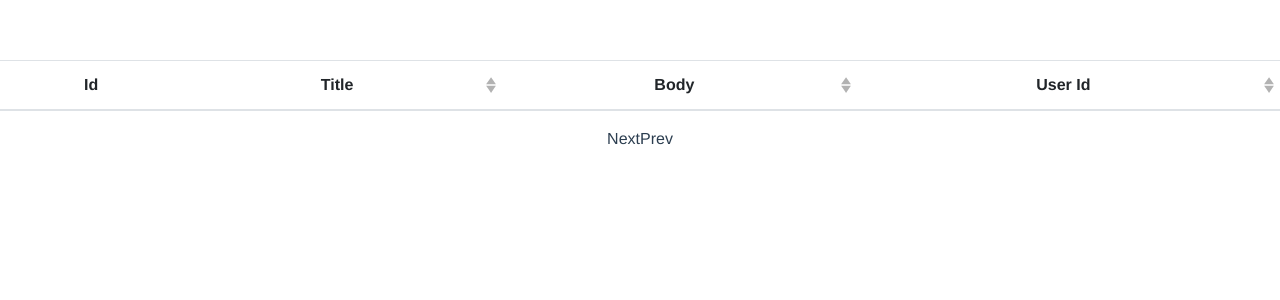
Repository: rupeshpawar93/vue-profile
Page: /
The author's editor kept a copy of each file at every save. The page is drawn from the files as they stood at one save, then again after the next save.
The browser window is 1280 px wide. The pictures show the whole page.
The page's requests for data from a server got no answer. The project was rebuilt for these pictures with package versions that can differ from the ones it lists, and the page was loaded fresh each time. No one was signed in, and anything a server would have sent is missing. Also part of the build but not shown: webpack.config.js, src/components/Portfolio_detail.vue.

Above is the page before, as saved 2019-11-01 11:22:31.

### index.html
<!DOCTYPE html>
<html lang="en">
  <head>
    <meta charset="utf-8">
    <title>Portfolio Manager</title>
  </head>
  <body>
    <div id="app"></div>
    <script src="/dist/build.js"></script>
  </body>
</html>

### src/main.js
import Vue from 'vue'
import BootstrapVue from 'bootstrap-vue'
import 'bootstrap/dist/css/bootstrap.css'
import 'bootstrap-vue/dist/bootstrap-vue.css'
import App from './App'
import router from './router'

Vue.use(BootstrapVue)

Vue.config.productionTip = false

new Vue({
	el: '#app',
	router,
	template: '<App/>',
	components: { App }
})

### src/App.vue
<template>
  <div id="app">
    <router-view></router-view>
  </div>
</template>

<script>
	export default {
	  name: 'app'
	}
</script>


<style>
	#app {
		font-family: 'Avenir', Helvetica, Arial, sans-serif;
		-webkit-font-smoothing: antialiased;
		-moz-osx-font-smoothing: grayscale;
		text-align: center;
		color: #2c3e50;
		margin-top: 60px;
	}

	h1, h2 {
		font-weight: normal;
	}
</style>

### src/router/index.js
import Vue from 'vue'
import Router from 'vue-router'
import Portfolio from '@/components/Portfolio'
import Portfolio_detail from '@/components/Portfolio_detail'

Vue.use(Router)

export default new Router({
    routes: [
        {
            path: '/',
            name: 'Portfolio',
            component: Portfolio
        },
        {
            path: '/portfolio/detail',
            name: 'Portfolio_detail',
            component: Portfolio_detail,
            props:true
        }
    ]
})

### src/components/Portfolio.vue
<template>
    <div>
        <b-table striped hover :fields="fields" :items="items" @row-clicked="gotoDetails"></b-table>
        <span  @click="next">Next</span>
        <span @click="prev">Prev</span>
    </div>
</template>
<style>

</style>
<script>
import axios from 'axios'
export default {
    name:'portfolio',
    data() {
        return {
            fields: [ {key:'id'},{ key: 'title', sortable: true },
          { key: 'body', sortable: true },
          { key: 'userId', sortable: true }],
            items: [
            ],
            obj:{},
            id:1,
            respData:[]
        }
    },
    methods: {
        next() {
            this.items=[];
            this.items=this.respData.slice(this.id*10,++this.id*10);
            console.log(this.id);
        },
        prev() {
            --this.id;
            console.log(this.id);
            if(this.id==0) {
                ++this.id;
                alert("NO");
            }
            else if(this.id==1) {
                this.items=[];
                this.items=this.respData.slice((this.id-1),(this.id)*10);
            } else {
                this.items=[];
                this.items=this.respData.slice((this.id-1)*10,(this.id*10));
            }
        },
        gotoDetails: function(item,index) {
            this.$router.push({ name: 'Portfolio_detail', params: { userId: item.id } });
        }
    },
    mounted() {
        axios
        .get('https://jsonplaceholder.typicode.com/posts')
        .then((response) => {
            this.respData = response.data;
            response.data=this.respData.slice((this.id-1),this.id*10);
            response.data.forEach((element,index) => {
                console.log(element);
                this.obj['id']=element.id;
                this.obj['title']=element.title;
                this.obj['body']=element.body;
                this.obj['userId']=element.userId;
                this.items.push(this.obj);
                this.obj={};
            });
            // this.items=response.data;
        });

    }

}
</script>

After the next save:
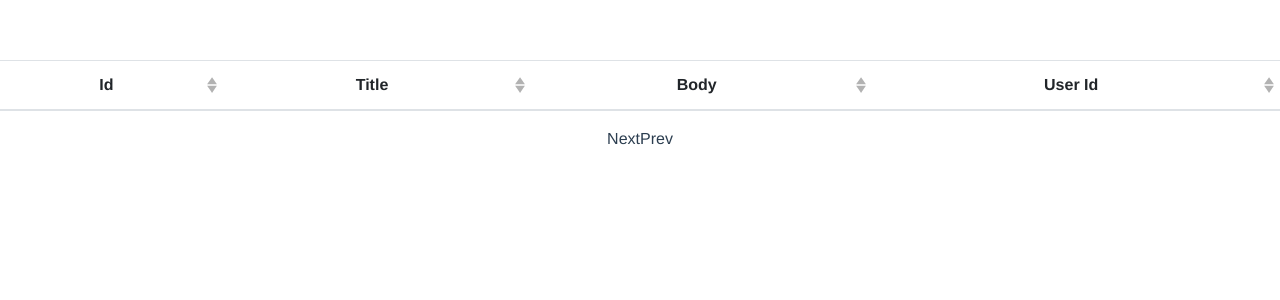
Saved 16 s later.
--- a/src/components/Portfolio.vue
+++ b/src/components/Portfolio.vue
@@ -14,7 +14,7 @@ export default {
     name:'portfolio',
     data() {
         return {
-            fields: [ {key:'id'},{ key: 'title', sortable: true },
+            fields: [ {key:'id',sortable:true},{ key: 'title', sortable: true },
           { key: 'body', sortable: true },
           { key: 'userId', sortable: true }],
             items: [
